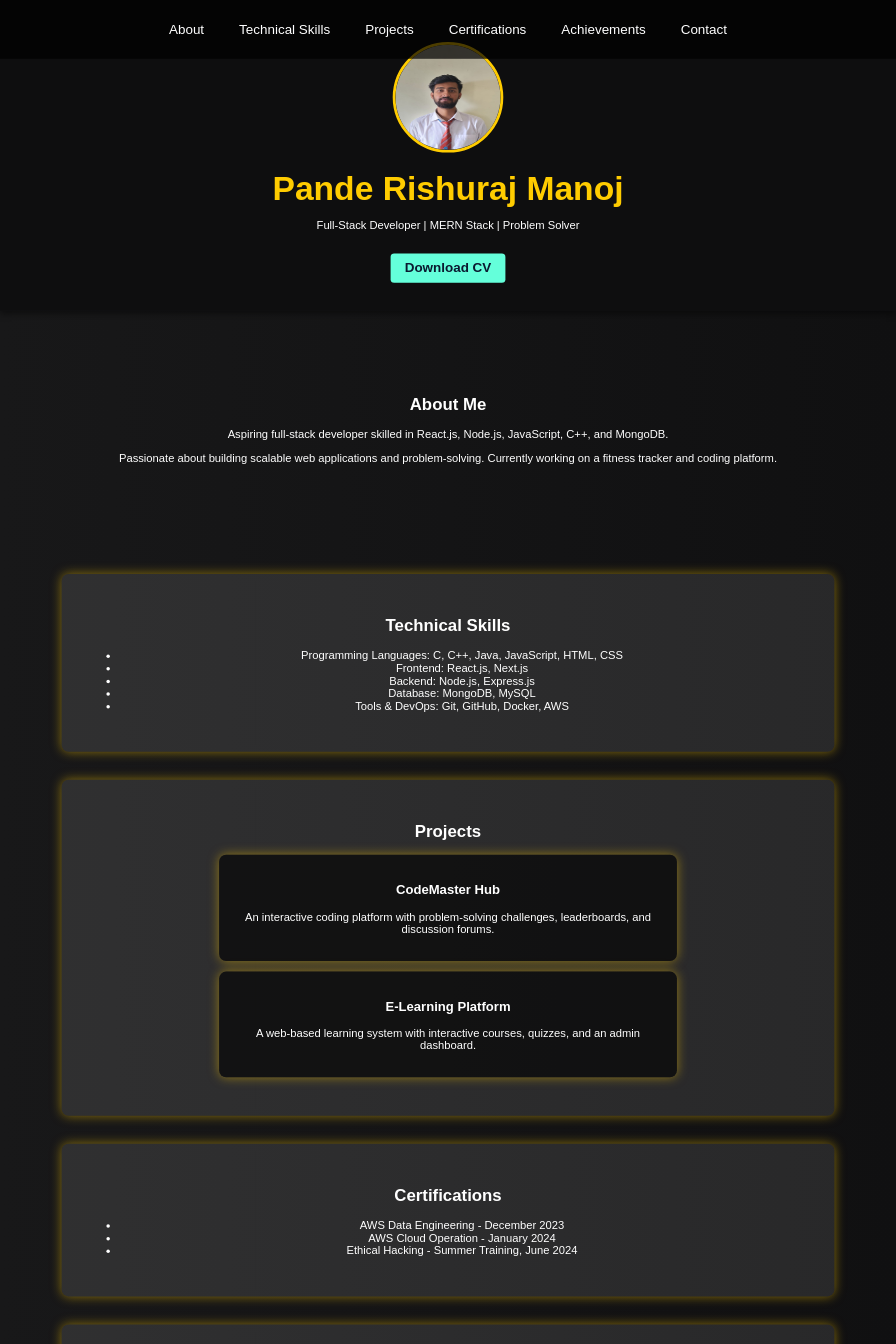
Repository: Rishuraj-Pandey/portfolio
Page: index.html
These files come from the project's save history. The page is drawn as it stood at one moment and after the next save; the edit follows.
The browser window is 1280 px wide. The pictures show the part of the page from y = 0 to 1920 px (the page is 2848 px tall), at 70% of full size.

Above is the page before, as saved 2025-03-22 01:25:34.

After the next save:
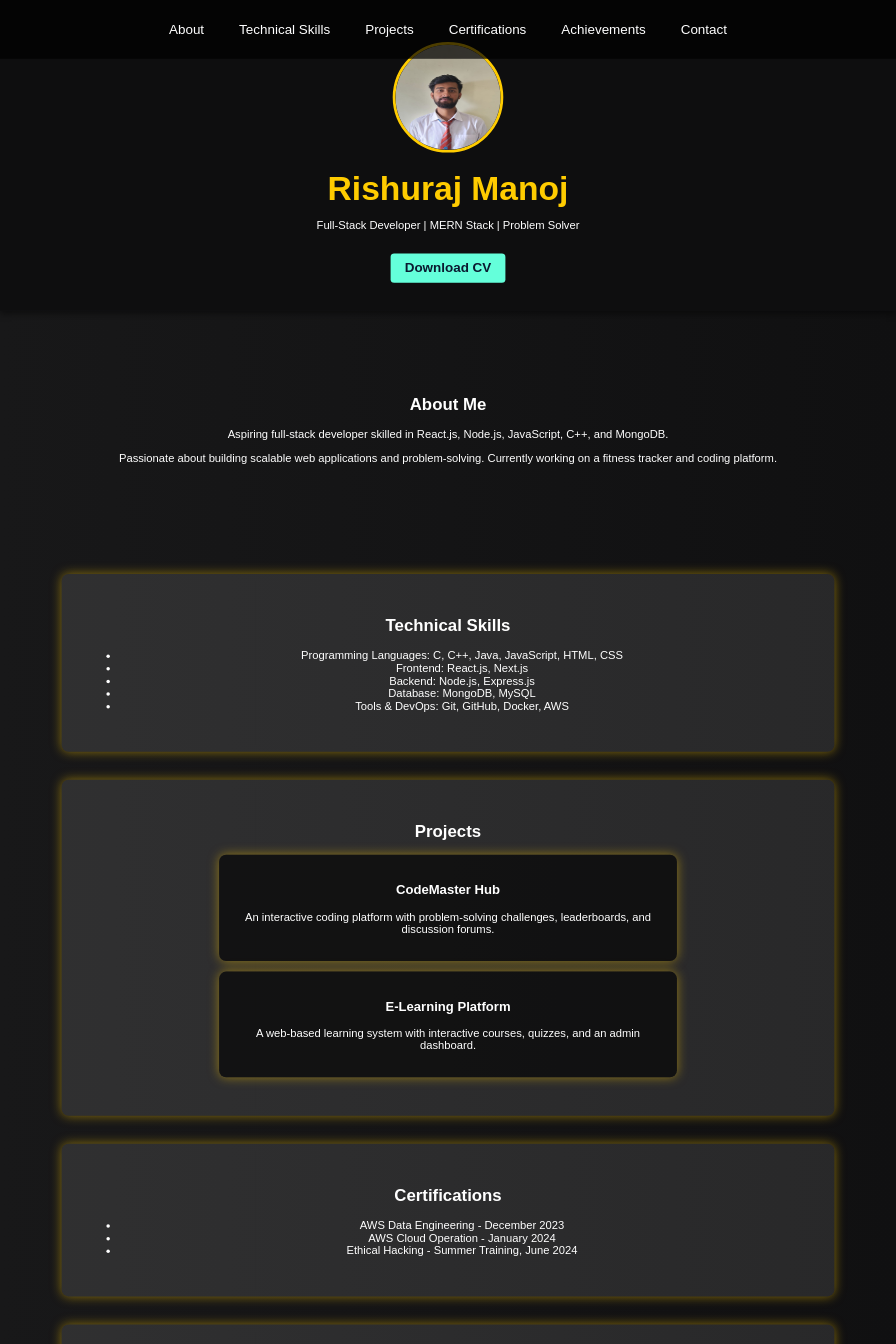
Saved 2 min 7 s later.
--- a/index.html
+++ b/index.html
@@ -9,7 +9,7 @@
 <body>
     <header>
         <img src="profile.jpg.jpg" alt="Profile Picture" class="profile-pic">
-        <h1>Pande Rishuraj Manoj</h1>
+        <h1> Rishuraj Manoj</h1>
         <p>Full-Stack Developer | MERN Stack | Problem Solver</p>
         <a href="resume.pdf" download class="download-cv">Download CV</a>
     </header>
